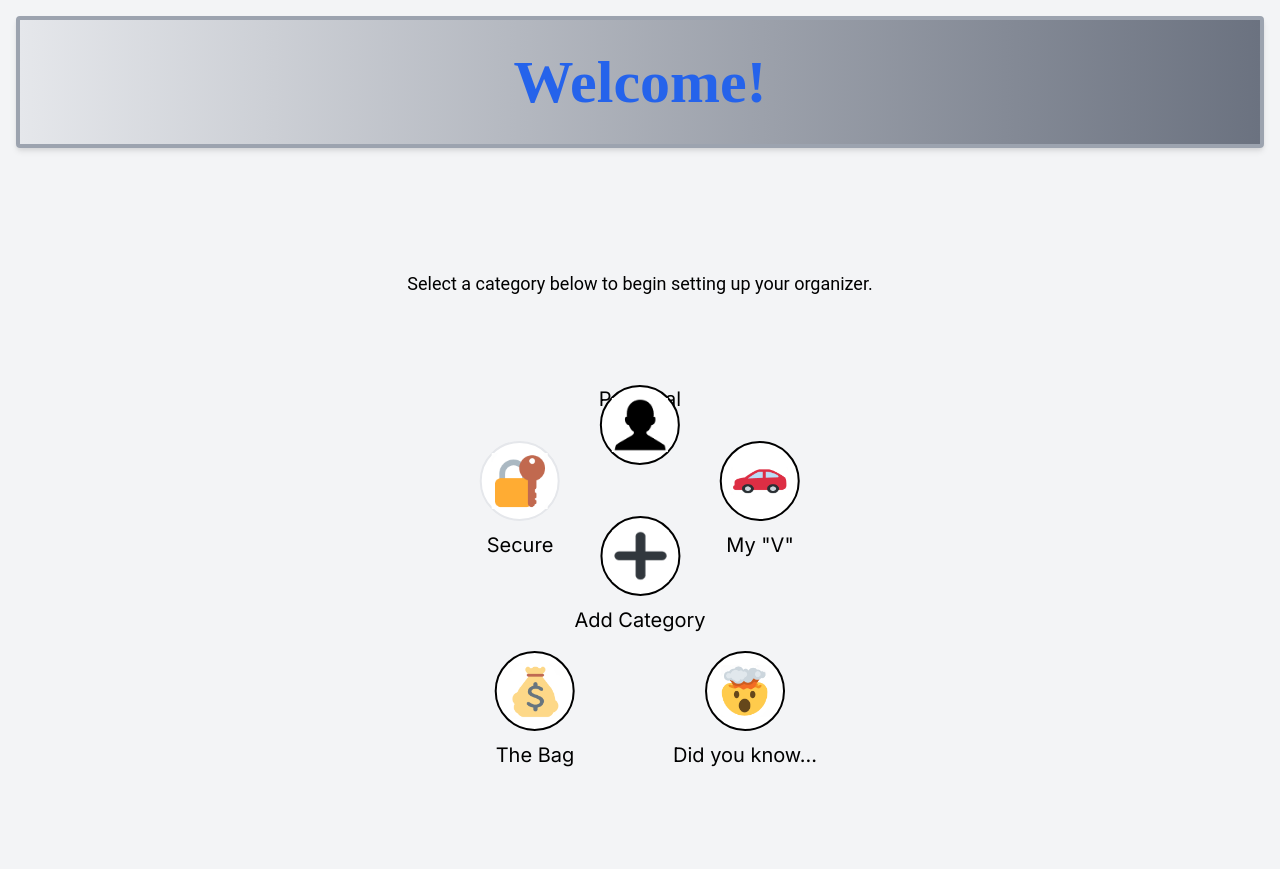
Repository: MercyB19/Russaw_Mercy_Adulting-101_Capstone
Page: page2.html
These files come from the project's save history. The page is drawn as it stood at one moment and after the next save; the edit follows.
The browser window is 1280 px wide. The pictures show the whole page.
Some web fonts or font styles are not loaded; a fallback is used.

Above is the page before, as saved 2024-07-23 12:37:03.

### page2.html
<!DOCTYPE html>
<html lang="en">

<head>
  <meta charset="UTF-8">
  <meta name="viewport" content="width=device-width, initial-scale=1.0">
  <title>YAY Adulting</title>
  <link href="https://cdn.jsdelivr.net/npm/tailwindcss@2.2.19/dist/tailwind.min.css" rel="stylesheet">
  <link rel="stylesheet" href="https://fonts.googleapis.com/css2?family=Balsamiq+Sans:wght@400;700&display=swap">
  <link rel="stylesheet" href="https://fonts.googleapis.com/css2?family=Inter:wght@400;500;600&display=swap">
  <style>
    .pentagon-layout { /*creates a more rounded layout*/
      position: relative;
      width: 300px;
      height: 300px;
      margin: 0 auto;
    }

    .pentagon-layout div {
      position: absolute;
      text-align: center;
    }

    .personal {
     top: -15%;
      padding-bottom: 300px;
      left: 50%;
      transform: translateX(-50%);
    }

    .secure {
      top: 40%;
      left: 10%;
      transform: translate(-50%, -50%);
    }

    .add-category {
      top: 65%;
      left: 50%;
      transform: translate(-50%, -50%);
    }

    .my-v {
      top: 40%;
      right: 10%;
      transform: translate(50%, -50%);
    }

    .the-bag {
      bottom: -10%;
      left: 15%;
      transform: translate(-50%, 50%);
    }

    .did-you-know {
      bottom: -10%;
      right: 15%;
      transform: translate(50%, 50%);
    }

    .icon-title {
      margin-top: 90px;
      margin-bottom: 100px; /* Adjust as necessary to position text below icons */
    }
  </style>
</head>

<body class="bg-gray-100 flex flex-col items-center justify-center min-h-screen">
  <div class="container mx-auto p-4 flex flex-col items-center">
    <header class="w-full p-8 bg-gradient-to-r from-gray-200 to-gray-500 border-4 border-gray-400 flex flex-col items-center rounded shadow-md mb-8">
      <h1 class="text-6xl font-bold text-blue-600" style="font-family: 'Balsamiq Sans', cursive;">Welcome!</h1>
    </header>
    <div class="text-center mb-8">
      <p class="icon-title text-lg" style="font-family: 'Roboto', sans-serif;">Select a category below to begin setting up your organizer.</p>
    </div>
    <div class="pentagon-layout">
      <div class="personal flex flex-col items-center">
        <div class="w-20 h-20  flex justify-center items-center bg-white border-2 border-black rounded-full mb-2">
          <img src="Images/Person_personal_img.png" alt="Personal" class="w-14 h-13">
        </div>
        <p class="text-xl" style="font-family: 'Inter', sans-serif;">Personal</p>
      </div>
      <div class="secure flex flex-col items-center">
        <div class="w-20 h-20 flex justify-center items-center bg-white border-2 border0blac0 rounded-full mb-2">
          <img src="Images/Secure_icon_img.png" alt="Secure" class="w-14 h-14">
        </div>
        <p class="icon-title text-xl" style="font-family: 'Inter', sans-serif;">Secure</p>
      </div>
      <div class="add-category flex flex-col items-center">
        <div class="w-20 h-20 flex justify-center items-center bg-white border-2 border-black rounded-full mb-2">
          <img src="Images/Add_new_img.png" alt="Add Category" class="w-14 h-13">
        </div>
        <p class="icon-title text-xl" style="font-family: 'Inter', sans-serif;">Add Category</p>
      </div>
      <div class="my-v flex flex-col items-center">
        <div class="w-20 h-20 flex justify-center items-center bg-white border-2 border-black rounded-full mb-2">
          <img src="Images/My_V_img.png" alt="My V" class="w-14 h-15">
        </div>
        <p class="icon-title text-xl" style="font-family: 'Inter', sans-serif;">My "V"</p>
      </div>
      <div class="the-bag flex flex-col items-center">
        <div class="w-20 h-20 flex justify-center items-center bg-white border-2 border-black rounded-full mb-2">
          <img src="Images/The_bag_icon_img.png" alt="The Bag" class="w-13 h-14">
        </div>
        <p class="icon-title text-xl" style="font-family: 'Inter', sans-serif;">The Bag</p>
      </div>
      <div class="did-you-know flex flex-col items-center">
        <div class="w-20 h-20 flex justify-center items-center bg-white border-2 border-black rounded-full mb-2">
          <img src="Images/did_you_know_icon.png" alt="Did you know" class="w-12 h-13">
        </div>
        <p class="icon-title text-xl" style="font-family: 'Inter', sans-serif;">Did you know...</p>
      </div>
    </div>
  </div>
</body>

</html>

After the next save:
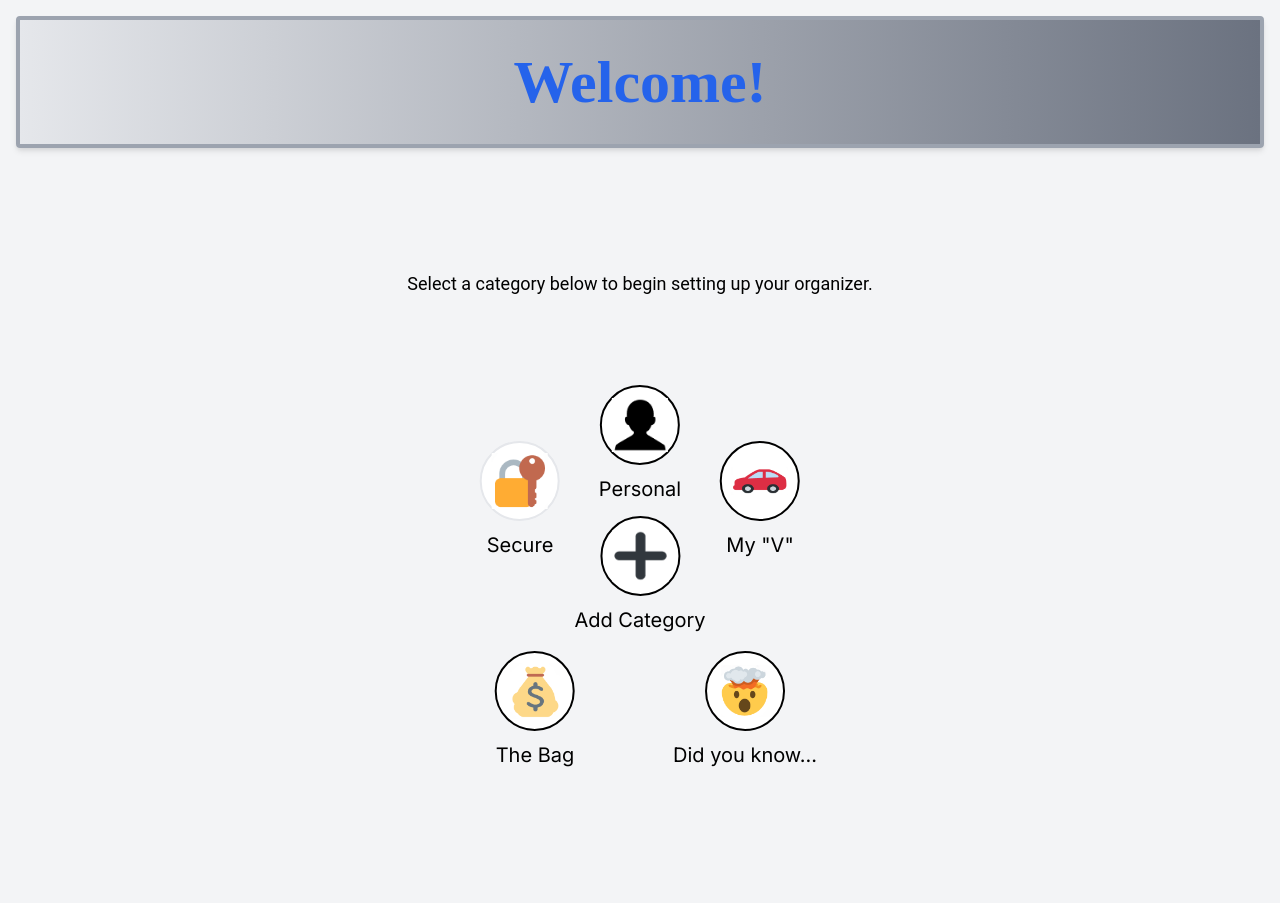
Saved 2 min 58 s later.
--- a/page2.html
+++ b/page2.html
@@ -78,7 +78,7 @@
         <div class="w-20 h-20  flex justify-center items-center bg-white border-2 border-black rounded-full mb-2">
           <img src="Images/Person_personal_img.png" alt="Personal" class="w-14 h-13">
         </div>
-        <p class="text-xl" style="font-family: 'Inter', sans-serif;">Personal</p>
+        <p class="icon-title text-xl" style="font-family: 'Inter', sans-serif;">Personal</p>
       </div>
       <div class="secure flex flex-col items-center">
         <div class="w-20 h-20 flex justify-center items-center bg-white border-2 border0blac0 rounded-full mb-2">
